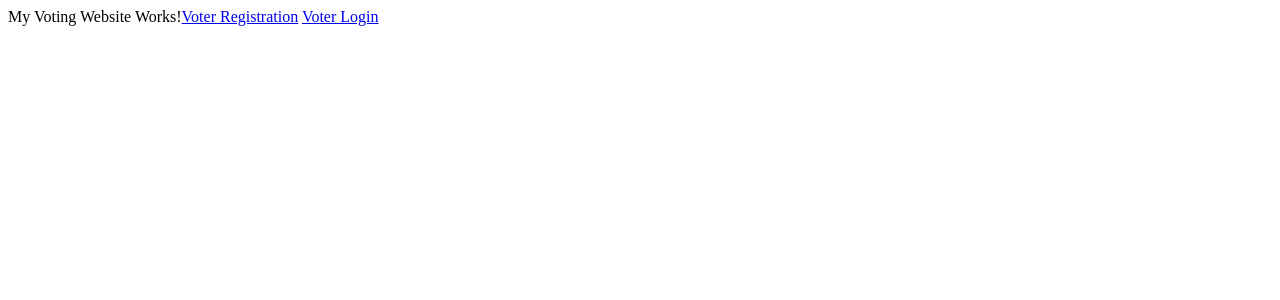
Repository: Atharva-1512/online-voting-system
Page: http://localhost/
These files come from the project's save history. The page is drawn as it stood at one moment and after the next save; the edit follows.
The browser window is 1280 px wide. The pictures show the whole page.
The page is run by PHP 8.4 with error messages shown; the project is at /var/www/html/.

Above is the page before, as saved 2026-03-01 00:42:05.

After the next save:
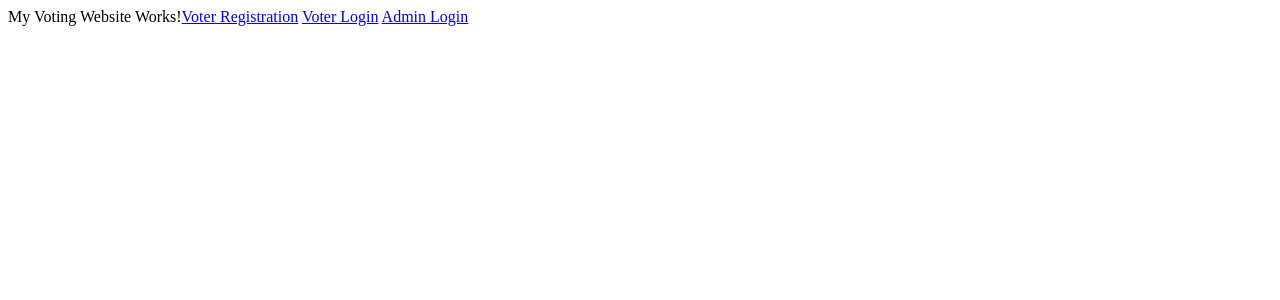
Saved 6 s later.
--- a/index.php
+++ b/index.php
@@ -3,3 +3,4 @@ echo "My Voting Website Works!";
 ?>
 <a href="voter/register.php">Voter Registration</a>
 <a href="voter/login.php">Voter Login</a>
+<a href="admin/login.php">Admin Login</a>
